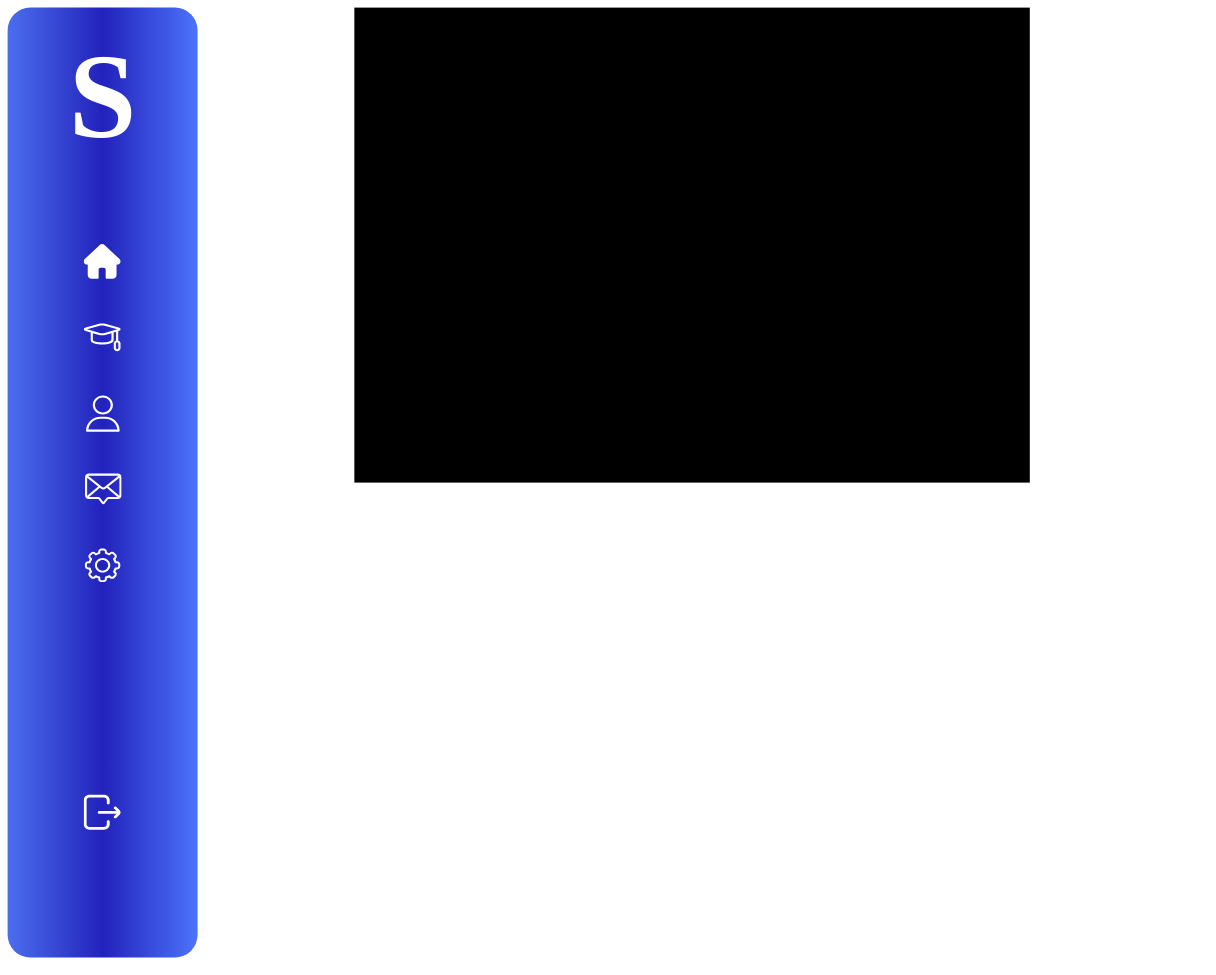
Repository: rafalzacher1/smartify-interface
Page: home.html
The author's editor kept a copy of each file at every save. The page is drawn from the files as they stood at one save, then again after a run of saves.
The browser window is 1280 px wide. The pictures show the whole page, at 95% of full size.
Some web fonts or font styles are not loaded; a fallback is used.

Above is the page before, as saved 2022-06-30 03:15:23.

### home.html
<!DOCTYPE html>
<html lang="en">

<head>
    <link rel="stylesheet" href="./styles/home.css">
    <link rel="stylesheet" href="./styles/navigation.css">
    <link rel="stylesheet" href="./styles/user-header.css">
    <link href='https://fonts.googleapis.com/css?family=Baloo Bhai' rel='stylesheet'>
</head>

<body>
    <div id="main-container">
        <div id="navigation-container">
            <h1>S</h1>

            <nav id="navigation-options">
                <svg width="27" height="25" viewBox="0 0 27 25" fill="none" xmlns="http://www.w3.org/2000/svg">
                    <path
                        d="M25.5018 10.9867C25.5012 10.9862 25.5006 10.9856 25.5 10.985L14.8668 0.890976C14.4135 0.460518 13.8109 0.223389 13.17 0.223389C12.529 0.223389 11.9264 0.460329 11.473 0.890787L0.845318 10.9797C0.841738 10.9831 0.838158 10.9867 0.834579 10.9901C-0.0961545 11.8788 -0.0945635 13.3206 0.839153 14.207C1.26574 14.6122 1.82915 14.8469 2.43154 14.8714C2.456 14.8737 2.48066 14.8748 2.50552 14.8748H2.92932V22.3034C2.92932 23.7734 4.1892 24.9694 5.73803 24.9694H9.89809C10.3197 24.9694 10.6618 24.6449 10.6618 24.2444V18.4204C10.6618 17.7496 11.2365 17.204 11.9431 17.204H14.3968C15.1034 17.204 15.6782 17.7496 15.6782 18.4204V24.2444C15.6782 24.6449 16.02 24.9694 16.4419 24.9694H20.6019C22.1508 24.9694 23.4106 23.7734 23.4106 22.3034V14.8748H23.8036C24.4444 14.8748 25.047 14.6379 25.5006 14.2074C26.4353 13.3195 26.4357 11.8752 25.5018 10.9867V10.9867Z"
                        fill="white" />
                </svg>

                <svg width="29" height="22" viewBox="0 0 29 22" fill="none" xmlns="http://www.w3.org/2000/svg">
                    <path
                        d="M26.4228 13.5237V6.40629L26.734 6.31764C27.9305 5.97676 28.1816 5.39965 28.1816 4.97552C28.1816 4.55139 27.9304 3.97428 26.734 3.63356L16.4958 0.717713C15.8653 0.538127 15.0388 0.43924 14.1689 0.43924C13.299 0.43924 12.4726 0.538127 11.8419 0.717713L1.60382 3.63356C0.407257 3.97428 0.156067 4.55139 0.156067 4.97557C0.156067 5.3997 0.407202 5.97686 1.60376 6.31769L5.43281 7.4082V13.2841C5.43281 14.0138 5.93239 15.0416 8.31243 15.7947C9.88887 16.2936 11.9687 16.5683 14.1688 16.5683C16.3689 16.5683 18.4487 16.2936 20.0252 15.7947C22.4053 15.0415 22.9049 14.0138 22.9049 13.2841V7.40825L24.7806 6.87402V13.5237C23.7595 13.8501 23.0217 14.767 23.0217 15.8451V19.1846C23.0217 20.5351 24.179 21.6338 25.6017 21.6338C27.0242 21.6338 28.1816 20.5351 28.1816 19.1846V15.8451C28.1817 14.767 27.4439 13.8501 26.4228 13.5237ZM12.3137 2.21089C12.7886 2.07563 13.4647 1.9981 14.1689 1.9981C14.873 1.9981 15.5492 2.07563 16.024 2.21084L25.7315 4.97557L21.8438 6.08282C21.8416 6.08349 21.8394 6.08406 21.8372 6.08474L16.024 7.74036C15.5493 7.87556 14.8731 7.95309 14.169 7.95309C13.4649 7.95309 12.7886 7.87556 12.3138 7.74036L6.50073 6.08474C6.49849 6.08406 6.4963 6.08349 6.49405 6.08282L2.60639 4.97557L12.3137 2.21089ZM21.2629 11.2372C21.2629 13.3846 20.9647 13.8541 19.506 14.3157C18.0926 14.763 16.1971 15.0093 14.1689 15.0093C12.1406 15.0093 10.2452 14.763 8.83178 14.3157C7.37313 13.8541 7.07493 13.3845 7.07493 13.2841V7.87582L11.842 9.23348C12.4726 9.41307 13.299 9.51196 14.1689 9.51196C15.0388 9.51196 15.8652 9.41307 16.4959 9.23348L21.2629 7.87582V11.2372ZM26.5395 19.1845C26.5395 19.6754 26.1188 20.0748 25.6017 20.0748C25.0846 20.0748 24.6639 19.6755 24.6639 19.1845V15.845C24.6639 15.3541 25.0846 14.9546 25.6017 14.9546C26.1189 14.9546 26.5395 15.3541 26.5395 15.845V19.1845Z"
                        fill="white" />
                </svg>

                <svg width="24" height="26" viewBox="0 0 24 26" fill="none" xmlns="http://www.w3.org/2000/svg">
                    <path
                        d="M12.1698 0.827911C8.37379 0.827911 5.28546 3.75975 5.28546 7.36343C5.28546 10.9671 8.37379 13.899 12.1698 13.899C15.9659 13.899 19.0542 10.9671 19.0542 7.36343C19.0542 3.75975 15.9659 0.827911 12.1698 0.827911ZM12.1698 12.4466C9.21735 12.4466 6.81532 10.1663 6.81532 7.36343C6.81532 4.56057 9.21735 2.28025 12.1698 2.28025C15.1223 2.28025 17.5243 4.56057 17.5243 7.36343C17.5243 10.1663 15.1223 12.4466 12.1698 12.4466Z"
                        fill="white" />
                    <path
                        d="M20.7353 18.1686C18.8505 16.3518 16.3519 15.3513 13.6997 15.3513H10.64C7.98784 15.3513 5.48917 16.3518 3.60439 18.1686C1.72883 19.9765 0.695923 22.3628 0.695923 24.8883C0.695923 25.2894 1.03841 25.6145 1.46085 25.6145H22.8789C23.3013 25.6145 23.6438 25.2894 23.6438 24.8883C23.6438 22.3628 22.6109 19.9765 20.7353 18.1686ZM2.25944 24.1621C2.64267 20.043 6.25497 16.8036 10.64 16.8036H13.6997C18.0848 16.8036 21.6971 20.043 22.0803 24.1621H2.25944Z"
                        fill="white" />
                </svg>


                <svg width="27" height="23" viewBox="0 0 27 23" fill="none" xmlns="http://www.w3.org/2000/svg">
                    <path
                        d="M24.1913 0.381134H3.77551C2.23533 0.381134 0.9823 1.57067 0.9823 3.0328V15.7608C0.9823 17.223 2.23533 18.4125 3.77551 18.4125H10.353C10.4332 18.4125 10.5096 18.4491 10.5573 18.5105L12.957 21.5991C13.1975 21.9087 13.5678 22.0872 13.9729 22.089H13.979C14.3819 22.089 14.7514 21.9139 14.9937 21.608L17.4479 18.5087C17.4956 18.4484 17.5715 18.4124 17.6509 18.4124H24.1913C25.7315 18.4124 26.9845 17.2229 26.9845 15.7608V3.03276C26.9845 1.57063 25.7315 0.381134 24.1913 0.381134ZM25.4609 15.7608C25.4609 15.8747 25.4439 15.9848 25.4127 16.0892L17.5863 9.57636L25.4609 3.37251V15.7608ZM24.1913 1.8275C24.4235 1.8275 24.6413 1.88728 24.8287 1.99108L14.7964 9.8948C14.3265 10.265 13.6446 10.265 13.1747 9.8948L3.14064 1.98969C3.32753 1.88675 3.54433 1.8275 3.77551 1.8275H24.1913ZM2.55416 16.0892C2.52293 15.9848 2.50587 15.8747 2.50587 15.7608V3.36913L10.3826 9.57457L2.55416 16.0892ZM16.2301 17.6396L13.9808 20.4801L11.7834 17.6519C11.4498 17.2225 10.915 16.9661 10.3529 16.9661H3.81172L11.5698 10.5099L12.2017 11.0078C12.7186 11.415 13.3519 11.6185 13.9855 11.6185C14.6189 11.6185 15.2525 11.4148 15.7693 11.0078L16.399 10.5117L24.155 16.9661H17.6509C17.0952 16.9661 16.5641 17.2178 16.2301 17.6396Z"
                        fill="white" />
                </svg>

                <svg width="28" height="25" viewBox="0 0 28 25" fill="none" xmlns="http://www.w3.org/2000/svg">
                    <path
                        d="M14.8013 24.9227H13.1654C11.8422 24.9227 10.7657 23.9008 10.7657 22.6447V22.1193C10.2032 21.9486 9.65665 21.7333 9.13159 21.4753L8.73937 21.8477C7.7894 22.7506 6.2677 22.7241 5.34533 21.8473L4.18907 20.7497C3.26507 19.8735 3.23849 18.4294 4.18937 17.5277L4.58129 17.1556C4.30958 16.6571 4.08276 16.1384 3.90299 15.6043H3.34958C2.02648 15.6043 0.949951 14.5823 0.949951 13.3262V11.7731C0.949951 10.517 2.02648 9.4951 3.34963 9.4951H3.90304C4.08281 8.96103 4.30963 8.44223 4.58134 7.94378L4.18912 7.57148C3.2388 6.67028 3.26502 5.22602 4.18942 4.34942L5.34579 3.2517C6.2703 2.37283 7.79164 2.35089 8.73978 3.25199L9.13165 3.624C9.6567 3.3661 10.2032 3.15073 10.7658 2.98007V2.4547C10.7658 1.1986 11.8422 0.176666 13.1654 0.176666H14.8014C16.1245 0.176666 17.201 1.1986 17.201 2.4547V2.98012C17.7636 3.15073 18.3101 3.3661 18.8351 3.62405L19.2274 3.2517C20.1773 2.34876 21.699 2.37525 22.6214 3.25204L23.7777 4.34966C24.7017 5.22587 24.7283 6.66999 23.7774 7.57172L23.3854 7.94378C23.6572 8.44223 23.884 8.96098 24.0637 9.4951H24.6172C25.9403 9.4951 27.0168 10.517 27.0168 11.7731V13.3262C27.0168 14.5823 25.9403 15.6043 24.6172 15.6043H24.0637C23.884 16.1383 23.6572 16.6571 23.3854 17.1556L23.7777 17.5279C24.728 18.4291 24.7018 19.8734 23.7774 20.75L22.621 21.8477C21.6965 22.7266 20.1751 22.7485 19.227 21.8474L18.8351 21.4754C18.3101 21.7333 17.7636 21.9487 17.201 22.1193V22.6448C17.201 23.9008 16.1245 24.9227 14.8013 24.9227V24.9227ZM9.38692 19.9527C10.1163 20.3622 10.9014 20.6716 11.7203 20.8722C12.0575 20.9548 12.2931 21.2436 12.2931 21.5742V22.6447C12.2931 23.1013 12.6845 23.4727 13.1654 23.4727H14.8014C15.2824 23.4727 15.6737 23.1013 15.6737 22.6447V21.5742C15.6737 21.2436 15.9093 20.9548 16.2466 20.8722C17.0655 20.6716 17.8505 20.3622 18.5799 19.9527C18.8801 19.7842 19.2621 19.8301 19.5087 20.0641L20.3074 20.8224C20.6518 21.1497 21.2048 21.1421 21.5407 20.8227L22.6978 19.7243C23.0329 19.4066 23.0441 18.8815 22.6981 18.5535L21.899 17.7949C21.6525 17.5609 21.6042 17.1981 21.7817 16.9133C22.213 16.2208 22.5389 15.4756 22.7502 14.6981C22.8373 14.378 23.1414 14.1544 23.4897 14.1544H24.6172C25.0982 14.1544 25.4895 13.7829 25.4895 13.3263V11.7732C25.4895 11.3166 25.0982 10.9451 24.6172 10.9451H23.4897C23.1414 10.9451 22.8373 10.7214 22.7502 10.4013C22.5389 9.6239 22.213 8.87862 21.7817 8.18622C21.6042 7.90135 21.6525 7.53857 21.899 7.30454L22.6978 6.54626C23.0431 6.21886 23.0341 5.69397 22.6981 5.37541L21.5411 4.27707C21.2058 3.95827 20.6527 3.94894 20.3078 4.27678L19.5088 5.03535C19.2622 5.26942 18.88 5.31524 18.58 5.14675C17.8506 4.73724 17.0655 4.42786 16.2466 4.22724C15.9094 4.14464 15.6738 3.8559 15.6738 3.52526V2.4547C15.6738 1.99811 15.2824 1.62663 14.8014 1.62663H13.1655C12.6845 1.62663 12.2932 1.99811 12.2932 2.4547V3.52516C12.2932 3.8558 12.0576 4.14454 11.7203 4.22714C10.9014 4.42777 10.1164 4.73714 9.38697 5.14666C9.08679 5.3151 8.7047 5.26928 8.45818 5.03525L7.65948 4.27697C7.31511 3.94966 6.76205 3.95725 6.42619 4.27663L5.26911 5.37503C4.93401 5.69276 4.92281 6.21779 5.26881 6.54587L6.06787 7.30445C6.31438 7.53847 6.36265 7.90125 6.18522 8.18612C5.75385 8.87852 5.42801 9.62381 5.21667 10.4012C5.12961 10.7214 4.82547 10.945 4.47723 10.945H3.34963C2.86867 10.9451 2.47731 11.3165 2.47731 11.7731V13.3262C2.47731 13.7828 2.86867 14.1543 3.34963 14.1543H4.47718C4.82547 14.1543 5.12956 14.378 5.21662 14.6981C5.42796 15.4755 5.75385 16.2208 6.18517 16.9132C6.3626 17.1981 6.31433 17.5609 6.06782 17.7949L5.26906 18.5532C4.92378 18.8806 4.93279 19.4055 5.26876 19.724L6.42573 20.8224C6.76109 21.1412 7.31419 21.1505 7.65907 20.8226L8.45808 20.0641C8.63974 19.8917 9.01765 19.7454 9.38692 19.9527V19.9527Z"
                        fill="white" />
                    <path
                        d="M13.9834 17.9339C10.856 17.9339 8.31177 15.5185 8.31177 12.5497C8.31177 9.58082 10.856 7.16547 13.9834 7.16547C17.1107 7.16547 19.6549 9.58082 19.6549 12.5497C19.6549 15.5185 17.1107 17.9339 13.9834 17.9339ZM13.9834 8.61543C11.6982 8.61543 9.83912 10.3803 9.83912 12.5497C9.83912 14.719 11.6982 16.4839 13.9834 16.4839C16.2685 16.4839 18.1276 14.719 18.1276 12.5497C18.1276 10.3803 16.2685 8.61543 13.9834 8.61543Z"
                        fill="white" />
                </svg>


                <svg id="logout" width="27" height="26" viewBox="0 0 27 26" fill="none"
                    xmlns="http://www.w3.org/2000/svg">
                    <path
                        d="M18.5379 19.6672V21.6084C18.5379 23.7492 16.7034 25.4907 14.4484 25.4907H4.1734C1.91837 25.4907 0.0838623 23.7492 0.0838623 21.6084V4.52618C0.0838623 2.38541 1.91837 0.64386 4.1734 0.64386H14.4484C16.7034 0.64386 18.5379 2.38541 18.5379 4.52618V6.46734C18.5379 7.00343 18.0802 7.43792 17.5155 7.43792C16.9508 7.43792 16.4932 7.00343 16.4932 6.46734V4.52618C16.4932 3.45589 15.5758 2.58502 14.4484 2.58502H4.1734C3.04598 2.58502 2.12863 3.45589 2.12863 4.52618V21.6084C2.12863 22.6787 3.04598 23.5495 4.1734 23.5495H14.4484C15.5758 23.5495 16.4932 22.6787 16.4932 21.6084V19.6672C16.4932 19.1311 16.9508 18.6966 17.5155 18.6966C18.0802 18.6966 18.5379 19.1311 18.5379 19.6672ZM25.5083 11.4L23.2189 9.22667C22.8196 8.84753 22.1722 8.84753 21.773 9.22667C21.3736 9.60561 21.3736 10.2202 21.773 10.5991L23.4014 12.1452H11.1256C10.5609 12.1452 10.1032 12.5797 10.1032 13.1158C10.1032 13.6519 10.5609 14.0864 11.1256 14.0864H23.4014L21.773 15.6325C21.3736 16.0114 21.3736 16.626 21.773 17.005C21.9727 17.1945 22.2343 17.2893 22.4959 17.2893C22.7577 17.2893 23.0192 17.1945 23.2189 17.005L25.5083 14.8316C26.5049 13.8854 26.5049 12.3462 25.5083 11.4Z"
                        fill="white" />
                </svg>
            </nav>
        </div>

        <div id="user-header-container">

        </div>

        <div id="search-container">

        </div>
    </div>
</body>

</html>

### styles/home.css
#main-container {
    display: grid;
    grid-template-columns: 2fr 4fr 1fr;
    grid-template-rows: 500px 500px;
    gap: 10px;
}

### styles/navigation.css
#navigation-container {
  font-family: "Baloo Bhai";
  font-size: 26px;
  background: rgb(32, 80, 251);
  background: linear-gradient(
    90deg,
    rgba(30, 74, 233, 0.8) 0%,
    rgba(10, 10, 180, 0.9) 50%,
    rgba(32, 80, 251, 0.8) 100%
  );
  border-radius: 24px;
  width: 200px;
  height: 1000px;
  text-align: center;
  display: inline-block;
  grid-column: 1;
  grid-row: 1 / 3;
}

#navigation-container h1 {
  font-family: "Baloo Bhai";
  font-size: 128px;
  color: #ffffff;
  margin: 0;
  padding-top: 20px;
  padding-bottom: 60px;
}

#navigation-options svg {
  margin-left: auto;
  margin-right: auto;
  display: block;
  padding: 20px;
  height: 40px;
  width: 40px;
}

#navigation-options svg:hover {
  opacity: 0.4;
}

#logout {
  margin-top: 180px;
}

### styles/user-header.css
#user-header-container {
    grid-column: 2 / 3;
    grid-row: 1;
    background-color: black;
}

After the next 3 saves:
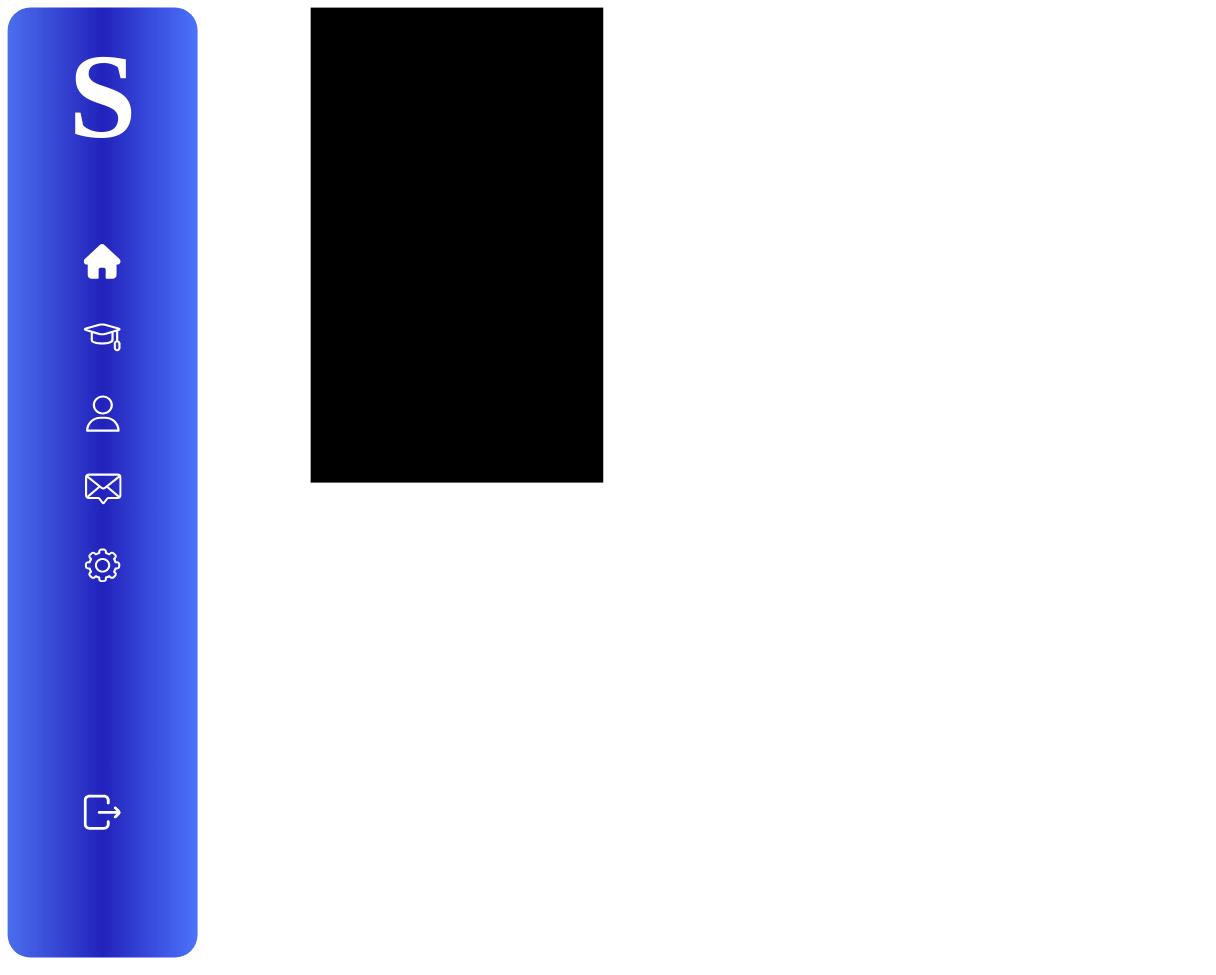
The 3 saves are shown as one change because they came seconds apart.
The last was saved 10 s later.
--- a/styles/home.css
+++ b/styles/home.css
@@ -1,6 +1,6 @@
 #main-container {
     display: grid;
-    grid-template-columns: 2fr 4fr 1fr;
+    grid-template-columns: 2fr 2fr 2fr 2fr;
     grid-template-rows: 500px 500px;
     gap: 10px;
 }
